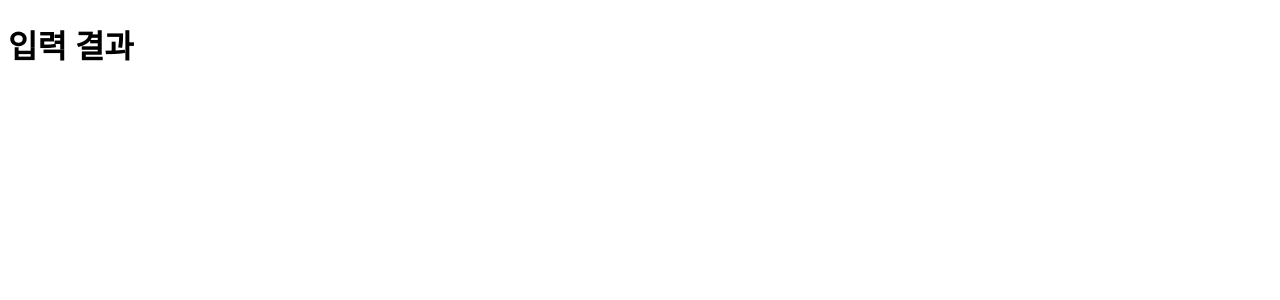
Repository: Jh1227/JSP
Page: http://localhost/12_EL/ex05_bean/memberPro4.jsp
The author's editor kept a copy of each file at every save. The page is drawn from the files as they stood at one save, then again after the next save.
The browser window is 1280 px wide. The pictures show the whole page.
The page is served by Tomcat 9. Other server files are loaded and not shown.

Above is the page before, as saved 2023-04-10 02:31:08.

### 12_EL/src/main/webapp/ex05_bean/memberPro4.jsp

<!-- ex05_bean/memberPro4.jsp -->

<%@ page language="java" contentType="text/html; charset=UTF-8"
    pageEncoding="UTF-8"%>
<!DOCTYPE html>
<html>
<head>
<meta charset="UTF-8">
<title>memberPro4.jsp</title>
<style type="text/css">
table, th, td { border: 1px solid gray; border-collapse: collapse; padding: 4px; }
th, td { width: 120px; text-align: center; }
</style>
</head>
<body>
	<h1>입력 결과</h1>
	<br>

</body>
</html>

After the next save:
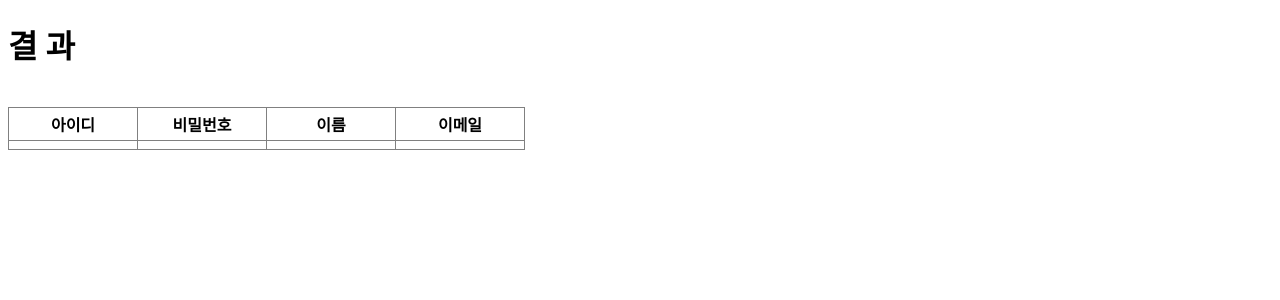
Saved 15 s later.
--- a/12_EL/src/main/webapp/ex05_bean/memberPro4.jsp
+++ b/12_EL/src/main/webapp/ex05_bean/memberPro4.jsp
@@ -14,8 +14,21 @@
 </style>
 </head>
 <body>
-	<h1>입력 결과</h1>
+	<h1>결 과</h1>
 	<br>
-
+	<table>
+		<tr>
+			<th>아이디</th>
+			<th>비밀번호</th>
+			<th>이름</th>
+			<th>이메일</th>
+		</tr>
+		<tr>
+			<td>${param.id }</td>
+			<td>${param.pwd }</td>
+			<td>${param.name }</td>
+			<td>${param.email }</td>
+		</tr>
+	</table>
 </body>
 </html>
